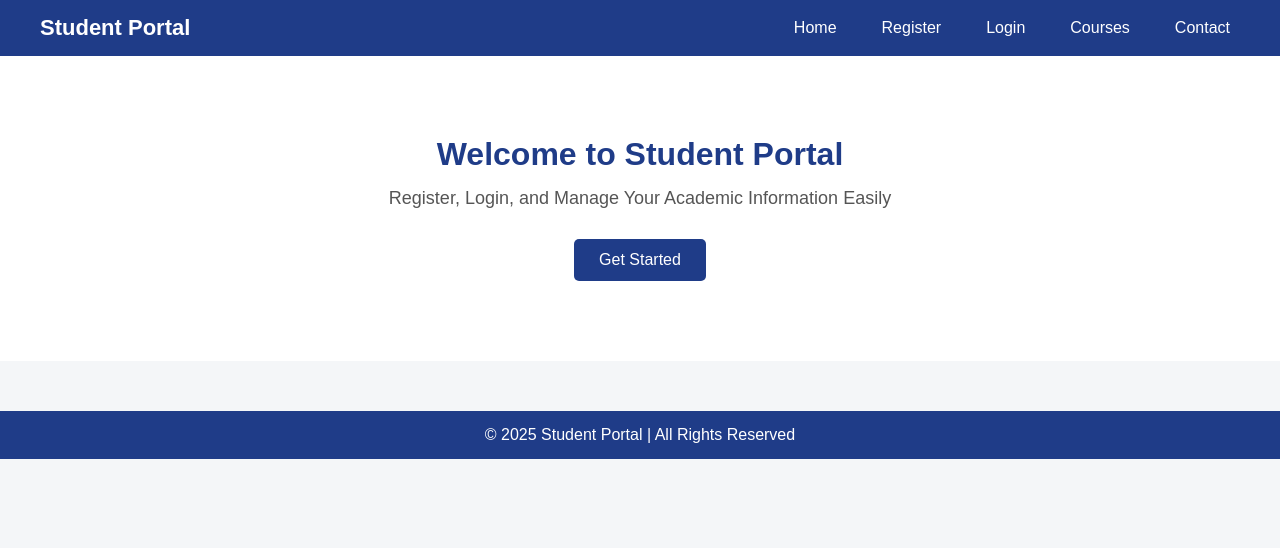
Repository: Tanvisalunkhe/Java_Codes
Page: demo/src/main/webapp/Home.html
These files come from the project's save history. The page is drawn as it stood at one moment and after the next save; the edit follows.
The browser window is 1280 px wide. The pictures show the whole page.

Above is the page before, as saved 2025-12-26 06:38:40.

### demo/src/main/webapp/Home.html
<!DOCTYPE html>
<html lang="en">
<head>
    <meta charset="UTF-8">
    <title>Student Portal | Home</title>

    <style>
        * {
            margin: 0;
            padding: 0;
            box-sizing: border-box;
            font-family: Arial, sans-serif;
        }

        body {
            background-color: #f4f6f8;
        }

        /* Navbar */
        .navbar {
            background-color: #1f3c88; /* Dark Blue */
            padding: 15px 40px;
            display: flex;
            justify-content: space-between;
            align-items: center;
        }

        .navbar h1 {
            color: white;
            font-size: 22px;
        }

        .navbar ul {
            list-style: none;
            display: flex;
        }

        .navbar ul li {
            margin-left: 25px;
        }

        .navbar ul li a {
            color: white;
            text-decoration: none;
            font-size: 16px;
            padding: 6px 10px;
        }

        .navbar ul li a:hover {
            background-color: #ffffff;
            color: #1f3c88;
            border-radius: 4px;
        }

        /* Hero Section */
        .hero {
            text-align: center;
            padding: 80px 20px;
            background-color: white;
        }

        .hero h2 {
            font-size: 32px;
            color: #1f3c88;
        }

        .hero p {
            font-size: 18px;
            margin-top: 15px;
            color: #555;
        }

        /* Buttons */
        .btn {
            display: inline-block;
            margin-top: 30px;
            padding: 12px 25px;
            background-color: #1f3c88;
            color: white;
            text-decoration: none;
            border-radius: 5px;
            font-size: 16px;
        }

        .btn:hover {
            background-color: #163172;
        }

        /* Footer */
        footer {
            background-color: #1f3c88;
            color: white;
            text-align: center;
            padding: 15px;
            margin-top: 50px;
        }
    </style>
</head>

<body>

    <!-- Navigation Bar -->
    <div class="navbar">
        <h1>Student Portal</h1>
        <ul>
            <li><a href="#">Home</a></li>
            <li><a href="#">Register</a></li>
            <li><a href="#">Login</a></li>
            <li><a href="#">Courses</a></li>
            <li><a href="#">Contact</a></li>
        </ul>
    </div>

    <!-- Hero Section -->
    <div class="hero">
        <h2>Welcome to Student Portal</h2>
        <p>Register, Login, and Manage Your Academic Information Easily</p>

        <a href="register.html" class="btn">Get Started</a>
    </div>

    <!-- Footer -->
    <footer>
        © 2025 Student Portal | All Rights Reserved
    </footer>

</body>
</html>

After the next save:
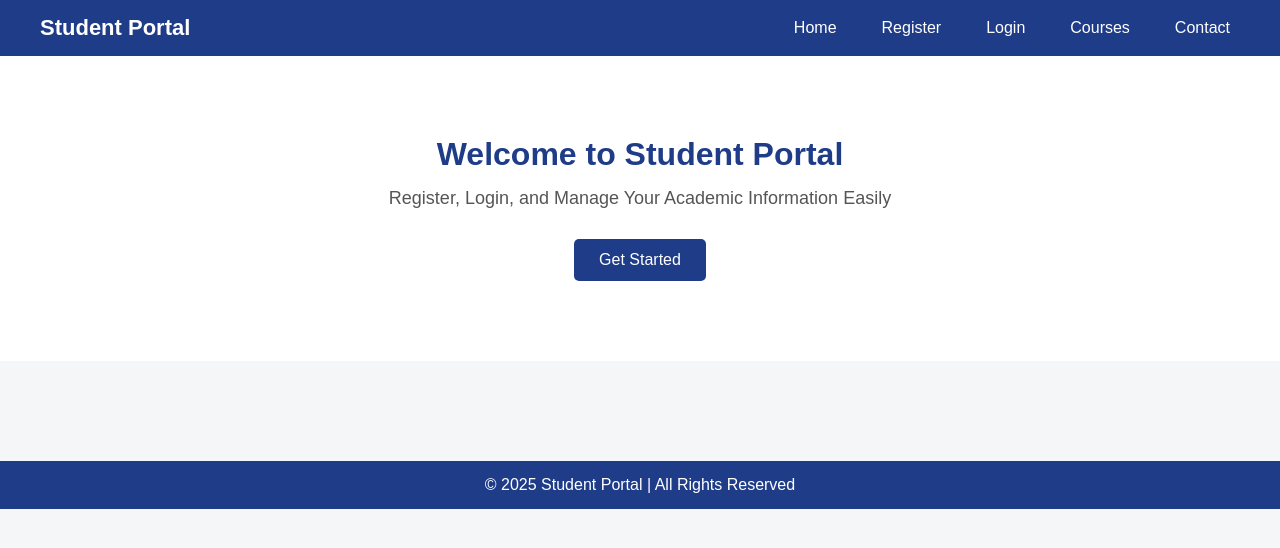
Saved 41 s later.
--- a/demo/src/main/webapp/Home.html
+++ b/demo/src/main/webapp/Home.html
@@ -92,7 +92,7 @@
             color: white;
             text-align: center;
             padding: 15px;
-            margin-top: 50px;
+            margin-top: 100px;
         }
     </style>
 </head>
